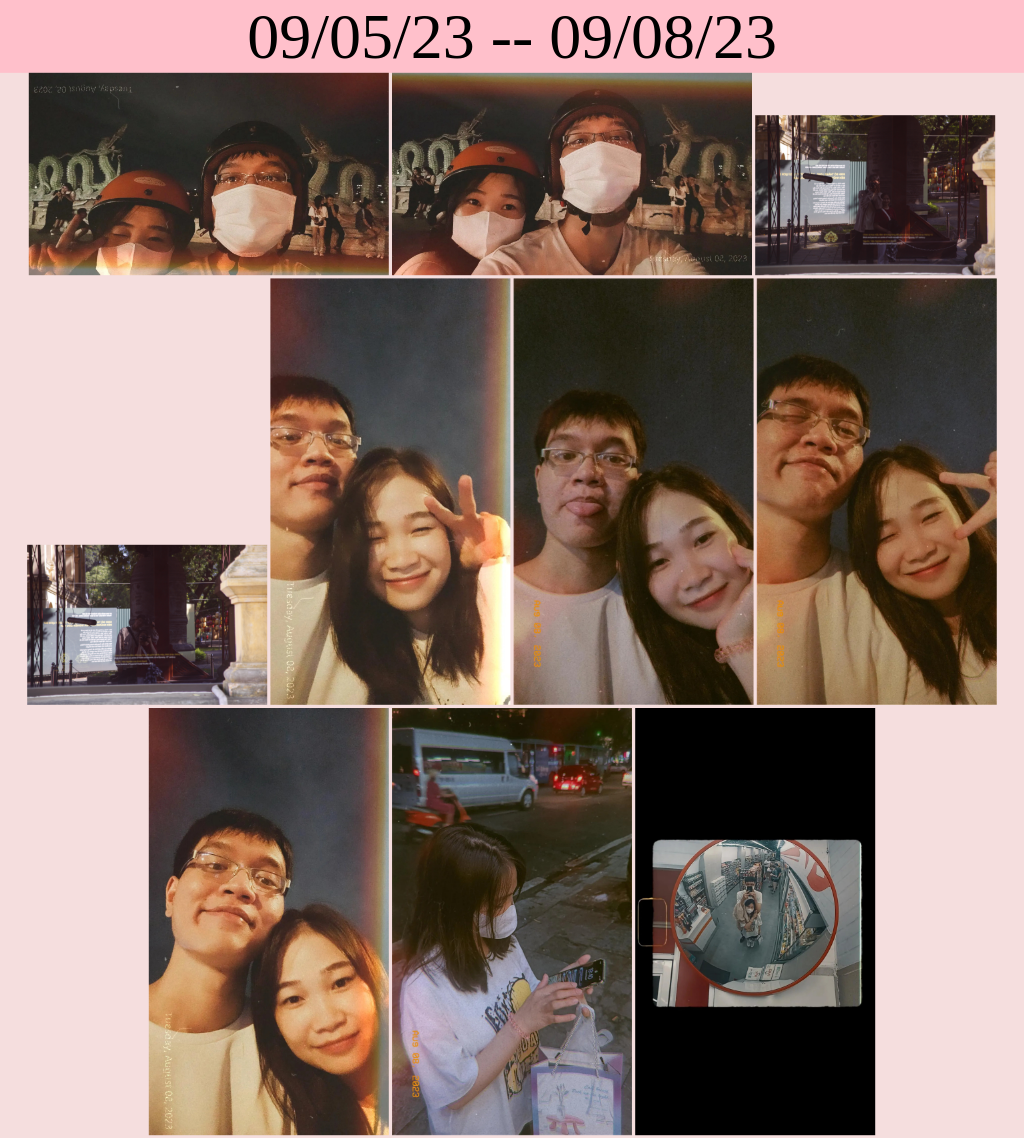
Repository: Hanhanh06/0907
Page: code/0908.html
The author's editor kept a copy of each file at every save. The page is drawn from the files as they stood at one save, then again after the next save.
The browser window is 1280 px wide. The pictures show the whole page, at 80% of full size.

Above is the page before, as saved 2023-08-17 17:43:47.

After the next save:
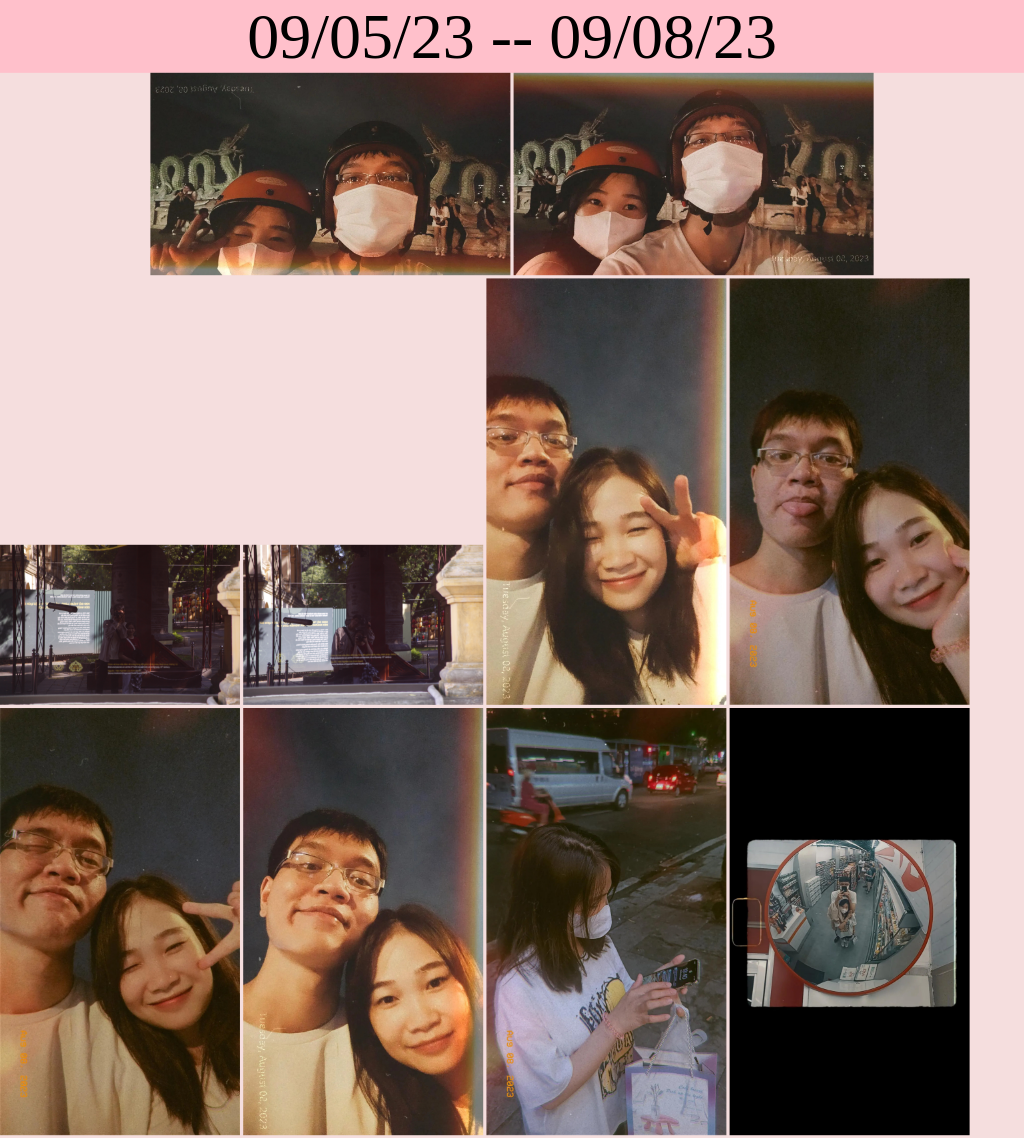
Saved 5 s later.
--- a/code/0908.html
+++ b/code/0908.html
@@ -31,6 +31,7 @@
         <center>
         <img src="001.jpg" alt="Hình ảnh không tồn tại" width="450px" >
        <img src="002.jpg" alt="Hình ảnh không tồn tại" width="450px">
+      </center>
 
        <img src="014.JPG" alt="Hình ảnh không tồn tại" width="300px" >
        <!-- <p style="color: crimson;font-size: 16px;"> đi Hồ Tây nè! </p> -->
